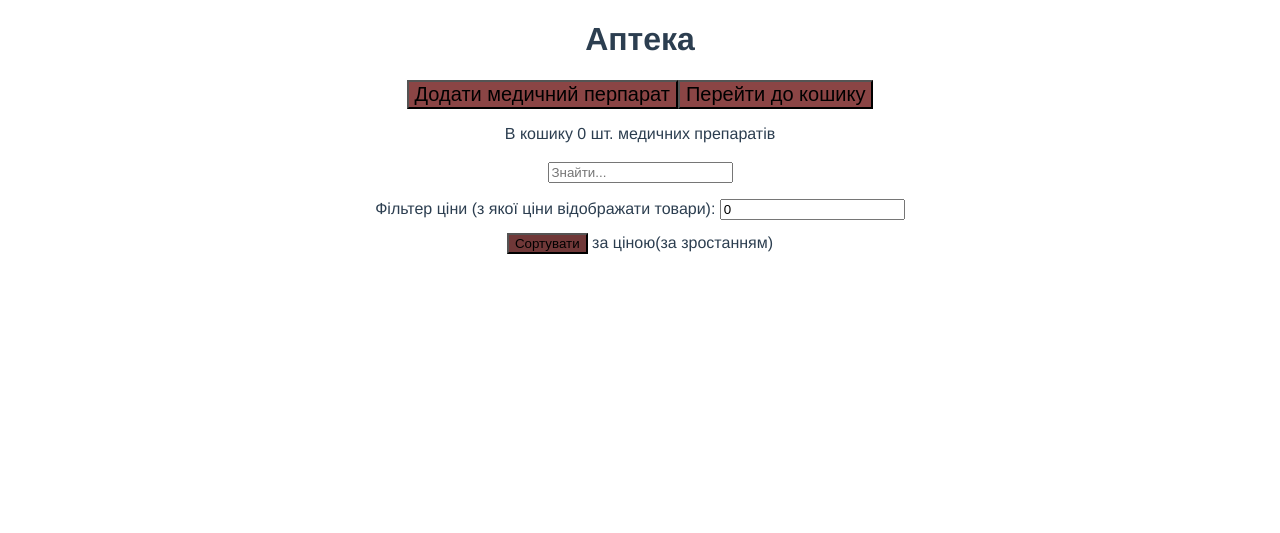
Repository: kristinap8/pharmacy
Page: /
The author's editor kept a copy of each file at every save. The page is drawn from the files as they stood at one save, then again after the next save.
The browser window is 1280 px wide. The pictures show the whole page.
The project was rebuilt for these pictures with package versions that can differ from the ones it lists, and the page was loaded fresh each time. Also part of the build but not shown: src/components/AddMedicineForm/index.vue, src/pages/AddMedicine/index.vue, src/components/EditMedicineForm/index.vue, src/pages/EditMedicine/index.vue, src/components/CartForm/index.vue, src/pages/Cart/index.vue.

Above is the page before, as saved 2020-12-10 11:46:45.

### src/main.js
import Vue from 'vue'
import App from './App.vue'
import router from "./router"
import store from "./store"

Vue.config.productionTip = false

new Vue({
  store,
  router,
  render: h => h(App),
}).$mount('#app')

### src/App.vue
<template>
  <div id="app">
    <router-view/>
  </div>
</template>

<script>
export default {
  name: "App",
  components: {},
};
</script>

<style>
#app {
  font-family: Avenir, Helvetica, Arial, sans-serif;
  -webkit-font-smoothing: antialiased;
  -moz-osx-font-smoothing: grayscale;
  color: #2c3e50;
}
</style>

### src/router.js
import Vue from "vue";
import VueRouter from "vue-router";
import AddMedicine from "@/pages/AddMedicine";
import EditMedicine from "@/pages/EditMedicine";
import AllMedicines from "@/pages/AllMedicines";
import Cart from "@/pages/Cart";

Vue.use(VueRouter);

const routes=[
    {
        path:'/',
        name:'all-medicines',
        component:AllMedicines
    },
    {
        path:'/edit_medicine/:medicine_id',
        name:'edit-medicine',
        component:EditMedicine
    },
    {
        path:'/add_medicine',
        name:'add-medicine',
        component:AddMedicine
    },
    {
        path:'/cart',
        name:'cart',
        component:Cart
    },

]

const router=new VueRouter({
    mode:"history",
    routes
});

export default router;

### src/store/index.js
import Vue from "vue";
import Vuex from "vuex";
import { v4 as uuid_v4 } from 'uuid'

Vue.use(Vuex)
const store=new Vuex.Store({
    state:{
      medicinesList:[
          {
              id:1,
              name:'Но-шпа',
              price:60.5,
              requirements:"Спазми гладкої мускулатури, пов'язані з захворюваннями біліарного тракту: холецистолітіаз, холангіолітіаз, холецистит, перихолецистит, холангіт, папіліт. Спазми гладкої мускулатури при захворюваннях сечового тракту: нефролітіаз, уретролітіаз, пієліт, цистит, тенезми сечового міхура.",
              maker:"Chinoin (Угорщина)"

          },
          {
            id:2,
            name:"Діазолін",
            price:19,
            requirements:"Профілактика і лікування сезонного та алергічного риніту, полінозу, кропив'янки, харчової та медикаментозної алергії, дерматозів, що супроводжуються свербежем шкіри (екзема, нейродерміт).",
            maker:"Фармак ОАО (Україна, Київ)"

        },
        {
            id:3,
            name:"Амоксил",
            price:81.5,
            requirements:"Інфекції органів дихання, сечостатевої системи, травного тракту (у тому числі у комбінації з метронідазолом або кларитроміцином застосовують для лікування захворювань, асоційованих із Helicobacter pylori), шкіри та м’яких тканин, спричинені чутливими до лікарського засобу мікроорганізмами.",
            maker:"Киевмедпрепарат ОАО (Україна, Київ)"

        }
      ],
      cart:[],
      cartItemsCount:0
    },
    mutations:{
        addMedicine(state, data) {
            state.medicinesList.push({
             id: uuid_v4(),
             ...data,
           })
         },
         deleteMedicine(state,id){
             let medicines=state.medicinesList.filter(medicine=>medicine.id!=id)
             state.medicinesList=medicines;
         },
         editMedicine(state,medicine){
             state.medicinesList.forEach(m=>{
                 if(m.id==medicine.id){
                     m=medicine;
                 }
             } )
         },
         addToCart(state,medicine){
            let isMedicineExists=state.cart.find(m => m.id == medicine.id);

            if (isMedicineExists) {
                isMedicineExists.quantity ++;
                isMedicineExists.totalPrice = (isMedicineExists.quantity * isMedicineExists.price).toFixed(2);
            } else {
                state.cart.push(medicine);

                Vue.set(medicine, 'quantity', 1);
                Vue.set(medicine, 'totalPrice', medicine.price);
            }
             state.cartItemsCount++
         },
         deleteItemFromCart(state,medicine){
            let index = state.cart.indexOf(medicine);
            if (index > -1) {
                let item= state.cart[index];
                if(item.quantity>1)
                {
                    state.cartItemsCount--;
                    item.quantity--;
                    item.totalPrice-=item.price;
                }
                else{
                    state.cartItemsCount -= item.quantity;
                    state.cart.splice(index, 1);
                }

            }
         }
    },
    actions:{
        addMedicine({ commit }, medicine) {
            commit('addMedicine', medicine)
         },
          deleteMedicine({commit},id){
              commit('deleteMedicine',id)
          },
          editMedicine({commit},medicine){
              commit('editMedicine',medicine)
          },
          addToCart({commit},medicine){
              commit('addToCart',medicine)
          },
          deleteItemFromCart({commit},medicine){
              commit("deleteItemFromCart",medicine)
          }

    },
    getters:{
        getMedicines:(state)=> state.medicinesList,
        getMedicineById:(state)=>(id)=>{return state.medicinesList.find(m=>m.id===id)},
        getMedicinesInCart:(state)=>state.cart,
     },
    modules:{

    }
})

export default store

### src/pages/AllMedicines/index.vue
<template>
    <div>
        <h1 class="header">Аптека</h1>
        <div class='btns'>
        <router-link to="/add_medicine" tag="button" class='add-btn'>Додати медичний перпарат</router-link>
        <router-link to="/cart" tag="button" class='cart-btn'>Перейти до кошику</router-link>
        </div>
        <p class="cart-count">В кошику {{this.$store.state.cartItemsCount}} шт. медичних препаратів</p>
     <medicines-list/>
    </div>
</template>

<script>

import MedicinesList from "../../components/MedicinesList"
    export default {
        name:"AllMedicine",
        components: {
            MedicinesList,
        },

    }
</script>

<style lang="scss" scoped>
 .header{
      text-align: center;
  }
  .cart-count{
   text-align: center;
  }
  .btns{
      text-align: center;
  }
  .add-btn{
      background:rgb(139, 69, 69);
      font-size:20px;
  }
  .cart-btn{
      background:rgb(139, 69, 69);
      font-size:20px;
  }
</style>

### src/components/MedicinesList/index.vue
<template>
    <div>
        <div class="search-filter">
          <input type="text" placeholder="Знайти..." v-model="search"/><br/>
        </div>
        <div class="price-filter">
          <label>
          Фільтер ціни (з якої ціни відображати товари):
          <input type="number" v-model="price"/>
          </label>
        </div>
        <div class="sort">
              <button id="s" @click="sortByPrice">Сортувати</button>
                за ціною({{sortP}})
        </div>
    <div class="list-container">
    <medicine-card
    v-for="medicine in filteredMedicines"
    :key="medicine.id"
    :id="medicine.id"
    :name="medicine.name"
    :price="medicine.price"
    :requirements="medicine.requirements"
    :maker="medicine.maker"
    />
     </div>
    </div>
</template>

<script>
import { mapGetters } from 'vuex'
import MedicineCard from "./MedicineCard"
    export default {
        name:"MedicinesList",
        data() {
            return {
                search:"",
                price:0,
                sortByPriceDir:true,
                sortP:'за зростанням',

            }
        },
        components: {
        MedicineCard,
        },
        computed: {
            ...mapGetters(['getMedicines']),
            filteredMedicines() {
           var filtered=this.getMedicines
             .filter((m) => {
              return (
              m.name.toLowerCase().includes(this.search.toLowerCase()) ||
              m.maker.toLowerCase().includes(this.search.toLowerCase()) ||
              m.requirements.toLowerCase().includes(this.search.toLowerCase())||
              m.price==Number(this.search)
            );})
            .filter((m)=>{
                return(
                   m.price >= Number(this.price)
                )
            })
            var sorted;
            if(!this.sortByPriceDir){
                 sorted=filtered.sort(function(a,b){return a.price - b.price;})
            }
            else{
                sorted=filtered.sort(function(a,b){return a.price - b.price;})
            }

           }
           },
            methods: {
                sortByPrice() {
                     this.sortByPriceDir = !this.sortByPriceDir
                     if(this.sortByPriceDir)
                    {this.sortP = "за зростанням"}
                     else
                    {this.sortP = "за спаданням"}
                }
                   }

            }

//var sortByName = function (d1, d2) {return (d1.name.toLowerCase() > d2.name.toLowerCase()) ? 1 : -1;};
//;
</script>

<style lang="scss" scoped>
  .list-container{
      display: flex;
  }
  .search-filter{
      text-align: center;
      margin:10px;
      padding: 3px;
  }
  .price-filter{
      text-align: center;
      margin:10px;
      padding: 3px;
  }
  .sort{
      text-align: center;
  }
  #s{
      background:rgb(112, 56, 56);
  }
</style>

### src/components/MedicinesList/MedicineCard/index.vue
<template>
    <div class="card-container">
    <div><b>Назва:</b>{{name}}</div>
    <div><b>Ціна:</b>{{price}}</div>
    <div><b>Показання:</b>{{requirements}}</div>
    <div><b>Виробник:</b>{{maker}}</div>
    <button @click="onEditMedicine" class="edit-btn">Редагувати</button>
    <button @click="onDeleteMedicine(id)" class="delete-btn">Видалити</button>
    <button @click="onAddToCart({id,name,price,requirements,maker})" class="add-btn">Додати до кошику</button>
    </div>
</template>

<script>
import { mapActions } from 'vuex'
  export default {
        name:"MedicineCard",
        props: {
            id: {
                type: [String,Number],
                required:true,
            },
            name: {
                type: String,
                default:"Назва препарату не вказана"
            },
            price:{
                type:[String,Number],
                default:0
            },
            requirements:{
                type:String,
                default:"Показань до застосування не вказано"
            },
            maker:{
                type:String,
                default:"Виробника не вказано"
            }

        },
        methods: {
            onDeleteMedicine(id) {
                this.$store.dispatch("deleteMedicine",id)
             },
            onEditMedicine(){
                this.$router.push({
                    name:'edit-medicine',
                    params:{medicine_id:this.id}
                })
            },
            ...mapActions(['addToCart']),
            onAddToCart(item){
                this.$store.dispatch('addToCart',item)
            }
        },
    }
</script>

<style lang="scss" scoped>
.card-container{
  width: 400px;
  height: 200px;
  border: 5px solid rgb(87, 26, 39);
  border-radius: 5px;
  padding: 10px;
  margin: 10px;
  text-align: left;
}
.add-btn{
    background:rgb(75, 138, 91)
}
.edit-btn{
    background:rgb(114, 75, 177)
}
.delete-btn{
    background:rgb(153, 21, 21)
}
</style>

Loaded but not shown: public/index.html (common file)

After the next save:
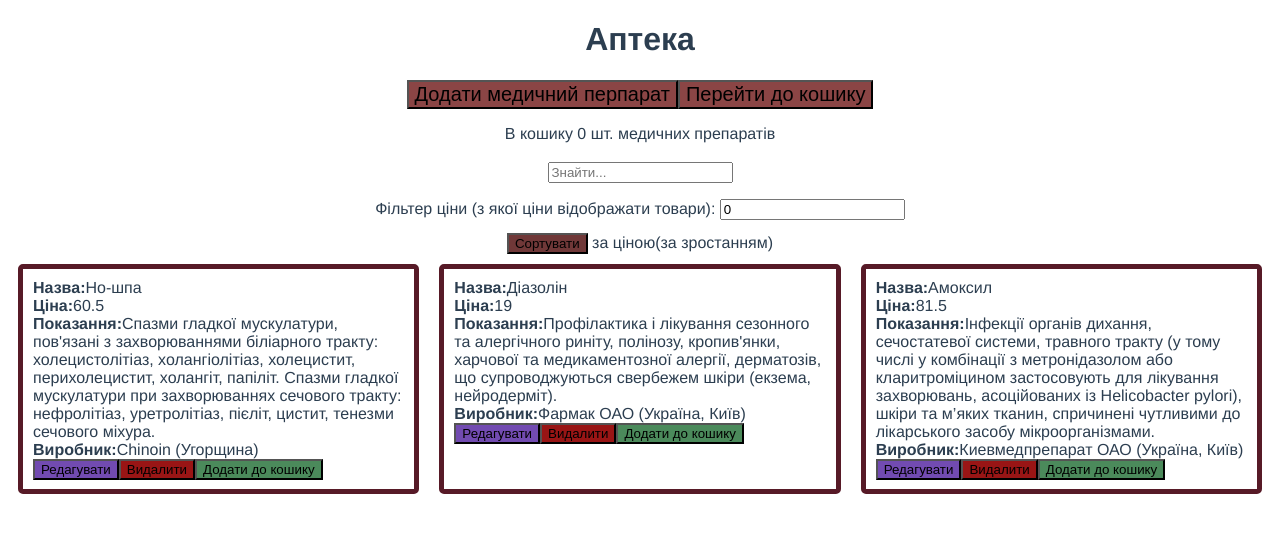
Saved 111 s later.
--- a/src/components/MedicinesList/index.vue
+++ b/src/components/MedicinesList/index.vue
@@ -60,14 +60,7 @@ import MedicineCard from "./MedicineCard"
                    m.price >= Number(this.price)
                 )
             })
-            var sorted;
-            if(!this.sortByPriceDir){
-                 sorted=filtered.sort(function(a,b){return a.price - b.price;})
-            }
-            else{
-                sorted=filtered.sort(function(a,b){return a.price - b.price;})
-            }
-
+            return filtered
            }
            },
             methods: {
